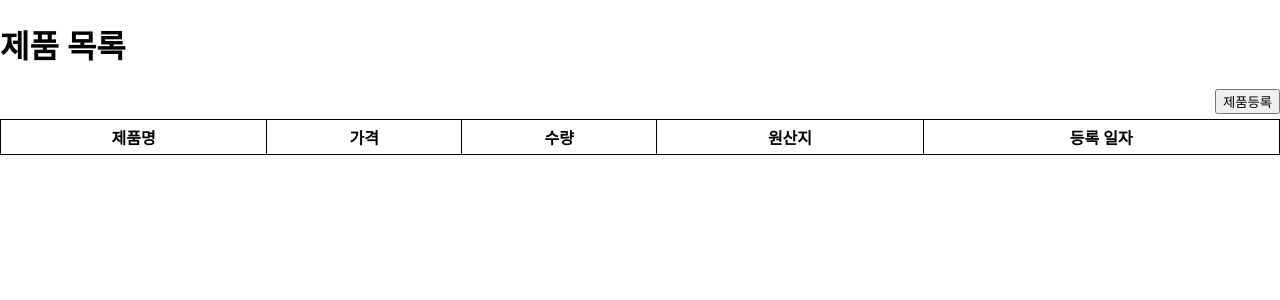
Repository: coolSummer1119/study
Page: http://localhost/ch03_Jsp/ch11_jdbc/selectTest.jsp
The author's editor kept a copy of each file at every save. The page is drawn from the files as they stood at one save, then again after the next save.
The browser window is 1280 px wide. The pictures show the whole page.
The page is served by Tomcat 9. Queries for data that is not in the repository find no rows.

Above is the page before, as saved 2024-04-26 00:45:16.

After the next save:
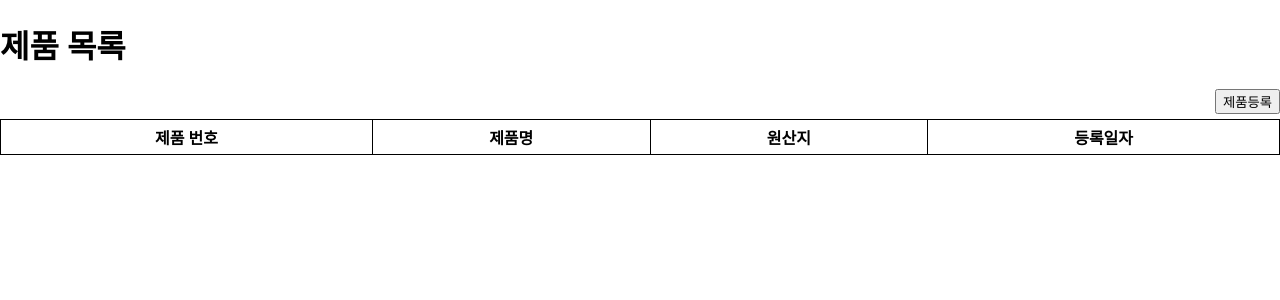
Saved 4 min 33 s later.
--- a/workspace/ch03_Jsp/src/main/webapp/ch11_jdbc/selectTest.jsp
+++ b/workspace/ch03_Jsp/src/main/webapp/ch11_jdbc/selectTest.jsp
@@ -35,24 +35,21 @@
 %>
 	<table class="align-center">
 		<tr>
+			<th>제품 번호</th>
 			<th>제품명</th>
-			<th>가격</th>
-			<th>수량</th>
 			<th>원산지</th>
-			<th>등록 일자</th>
+			<th>등록일자</th>
 		</tr>
 <%
 	while(rs.next()){
+		int num= rs.getInt("num");
 		String name = rs.getString("name");
-		int price = rs.getInt("price");
-		int stock = rs.getInt("stock");
 		String origin = rs.getString("origin");
 		Date reg_date = rs.getDate("reg_date");
 %>
 		<tr>
-			<td><%=name %></td>
-			<td><%=price %></td>
-			<td><%=stock %></td>
+			<td><%=num %></td>
+			<td><a href="detailTest.jsp?num=<%=num%>"><%=name %></a></td>
 			<td><%=origin %></td>
 			<td><%=reg_date %></td>
 		</tr>
@@ -60,7 +57,12 @@
 
 	}
 	}catch(Exception e){
-
+		e.printStackTrace();
+%>
+		<div class="result-display">
+			<span>오류 발생!</span>
+		</div>
+<%
 	}finally{
 		DBUtil.excuteClose(rs, pstmt, conn);
 	}
